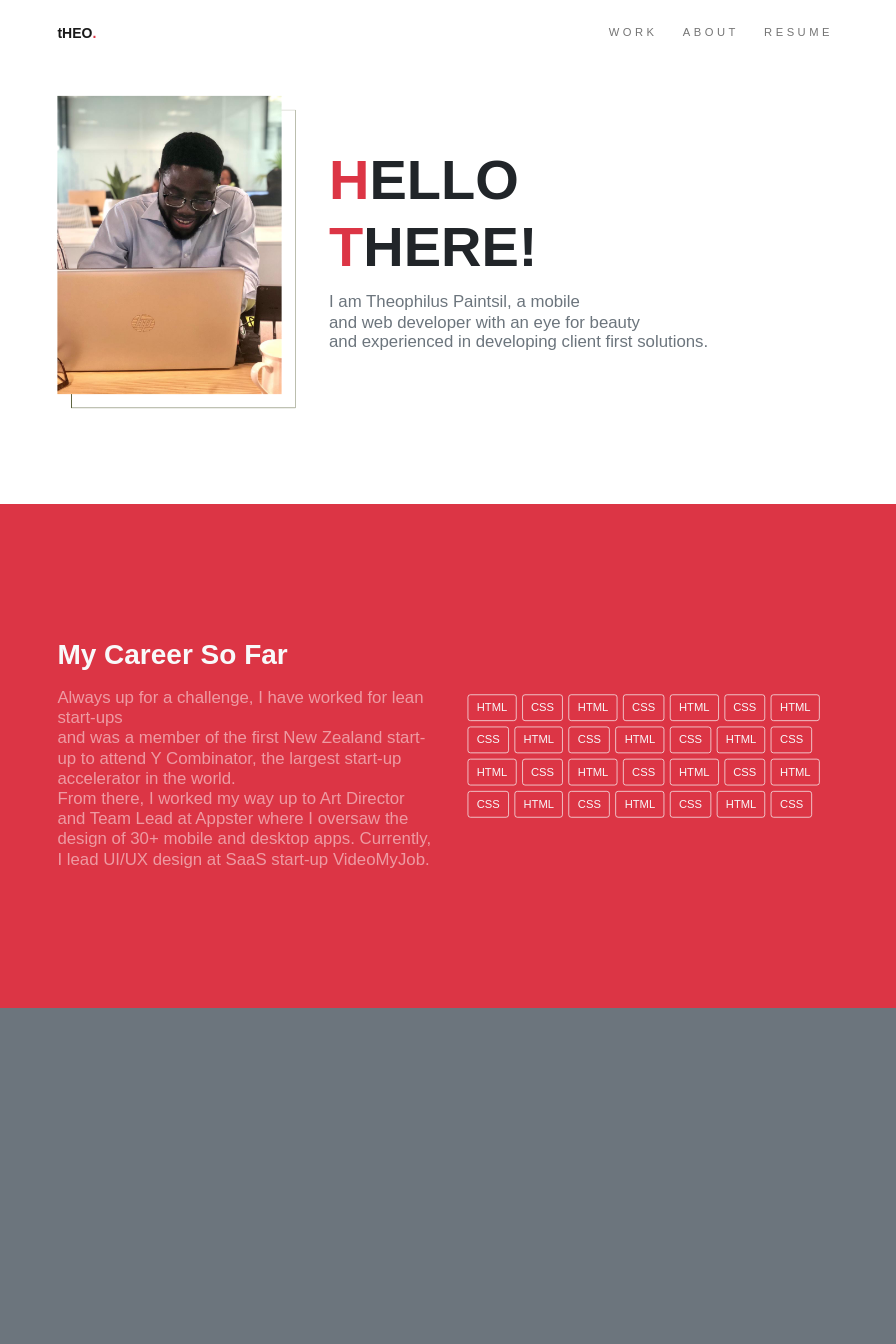
Repository: tHEO2k17/portfolio
Page: /
An editor plug-in stored every save of this project. The page is shown before and after the next save, followed by the edit.
The browser window is 1280 px wide. The pictures show the part of the page from y = 0 to 1920 px (the page is 3000 px tall), at 70% of full size.
The project was rebuilt for these pictures with package versions that can differ from the ones it lists, and the page was loaded fresh each time.

Above is the page before, as saved 2021-07-22 10:43:39.

After the next save:
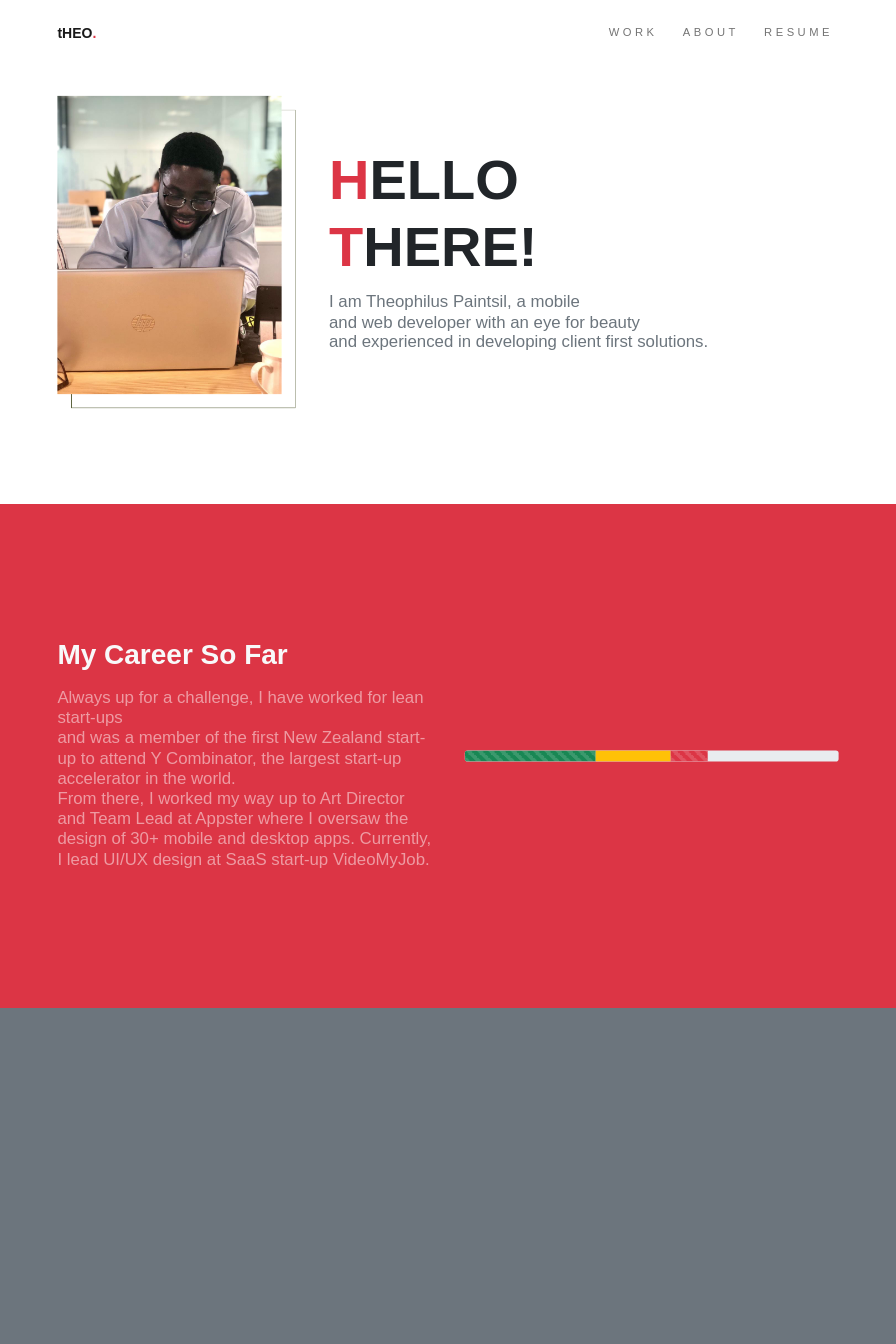
Saved 2 min 58 s later.
--- a/src/presentation/pages/HomePage.tsx
+++ b/src/presentation/pages/HomePage.tsx
@@ -1,10 +1,6 @@
-import { Col, Container, Nav, Navbar, Row, Image, Button } from "react-bootstrap";
+import { Col, Container, Nav, Navbar, Row, Image, ProgressBar } from "react-bootstrap";
 
 export default function HomePage() {
-
-    const renderExperiences = () => {
-        return ['HTML', 'CSS', 'HTML', 'CSS','HTML', 'CSS','HTML', 'CSS','HTML', 'CSS','HTML', 'CSS','HTML', 'CSS','HTML', 'CSS', 'HTML', 'CSS','HTML', 'CSS','HTML', 'CSS','HTML', 'CSS','HTML', 'CSS','HTML', 'CSS'].map((e) => <Button variant="outline-light" className="m-1">{e}</Button> );
-    }
 
     return (
         <>
@@ -59,7 +55,11 @@ export default function HomePage() {
                             </h4>
                         </Col>
                         <Col>
-                            {renderExperiences()}
+                            <ProgressBar>
+                                <ProgressBar striped variant="success" now={35} key={1} />
+                                <ProgressBar variant="warning" now={20} key={2} />
+                                <ProgressBar striped variant="danger" now={10} key={3} />
+                            </ProgressBar>
                         </Col>
                     </Row>
                 </Container>
